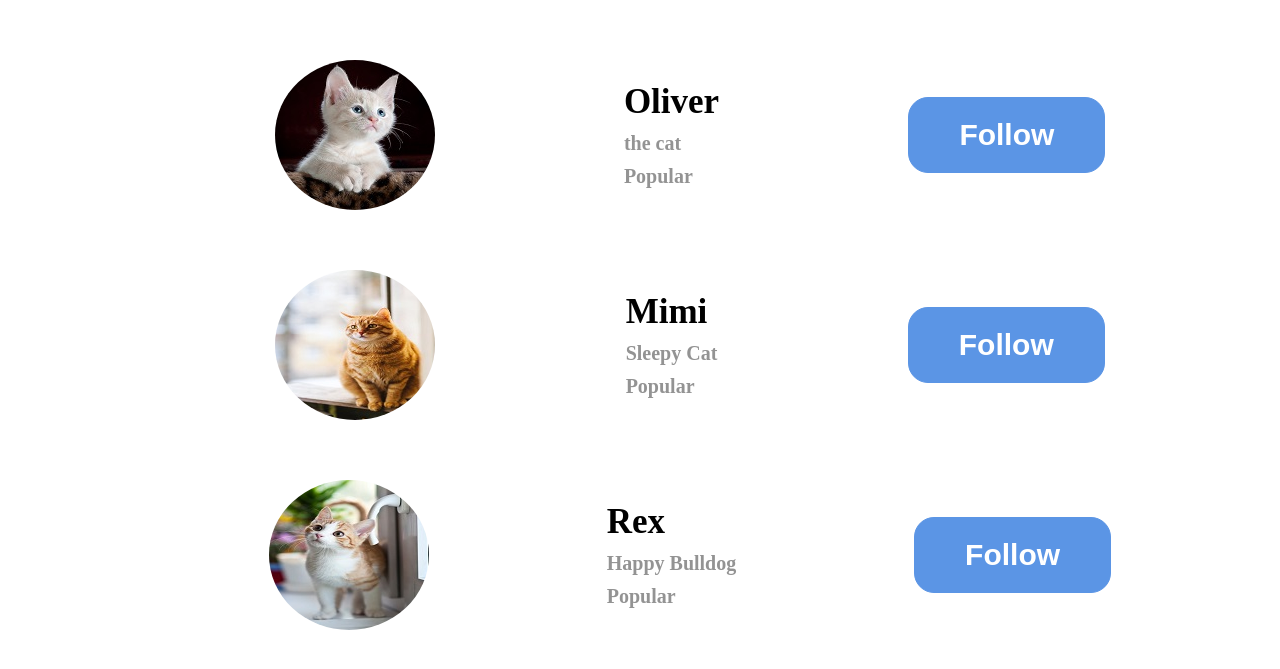
Repository: arifshahriyarnader/css-flexbox
Page: Exercise 4/index.html
These files come from the project's save history. The page is drawn as it stood at one moment and after the next save; the edit follows.
The browser window is 1280 px wide. The pictures show the whole page.

Above is the page before, as saved 2024-06-21 11:52:41.

After the next save:
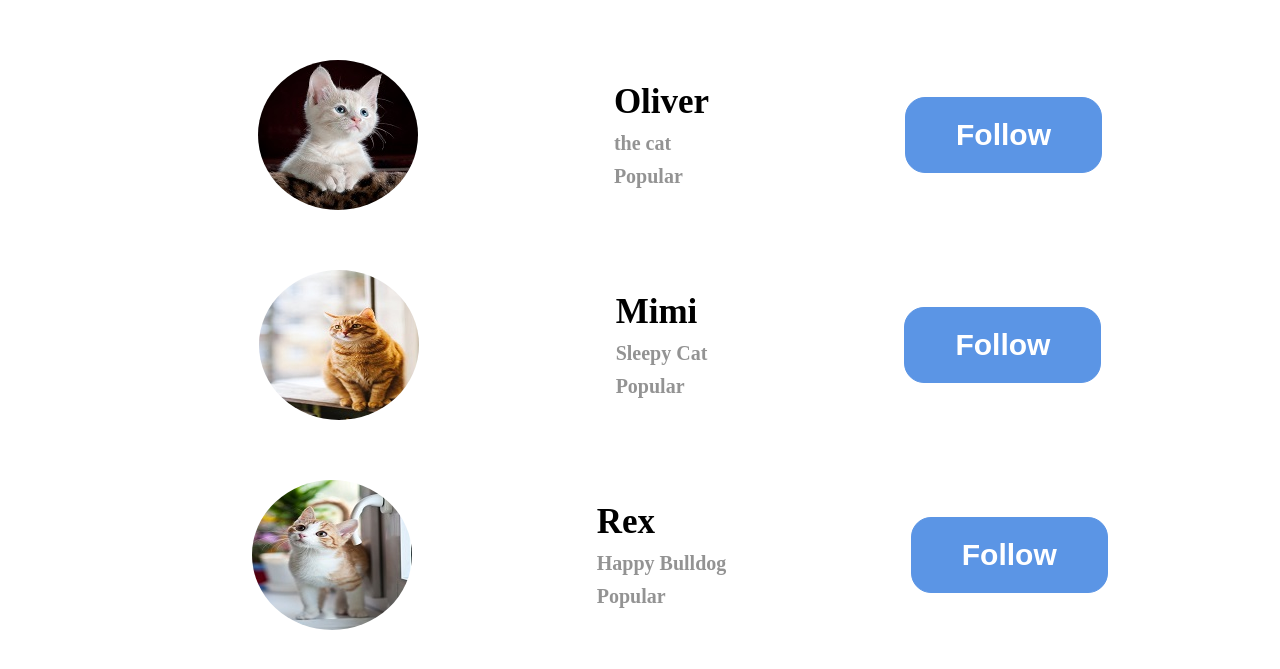
Saved 33 s later.
--- a/Exercise 4/css/style.css
+++ b/Exercise 4/css/style.css
@@ -11,7 +11,7 @@
 }
 .follow_img{
     border-radius: 50%;
-    margin-left: 100px;
+    margin-left: 80px;
 }
 .follow_content h3{
     font-size: 35px;
